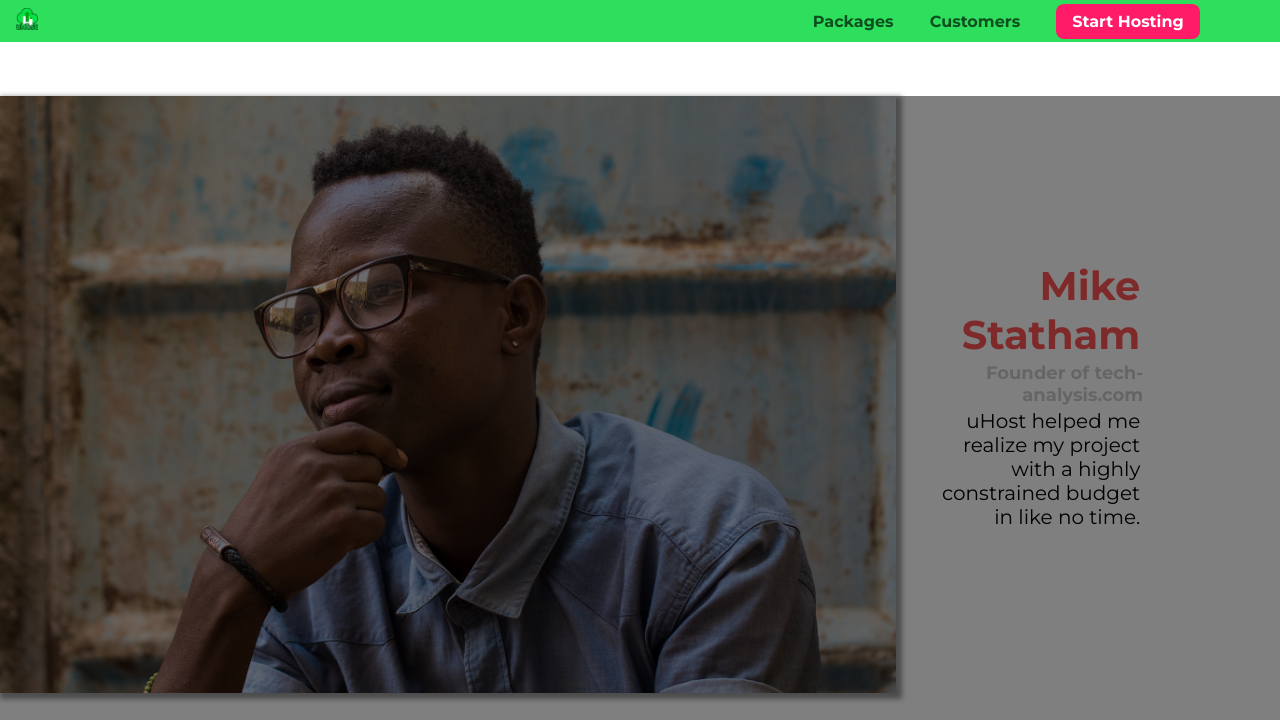
Repository: Nowacki97PL/UdemyCSS
Page: customers/index.html
An editor plug-in stored every save of this project. The page is shown before and after the next save, followed by the edit.
The browser window is 1280 px wide. The pictures show the window.
A layer covers the whole window, so only the first screen is drawn.

Above is the page before, as saved 2023-11-18 14:25:19.

After the next save:
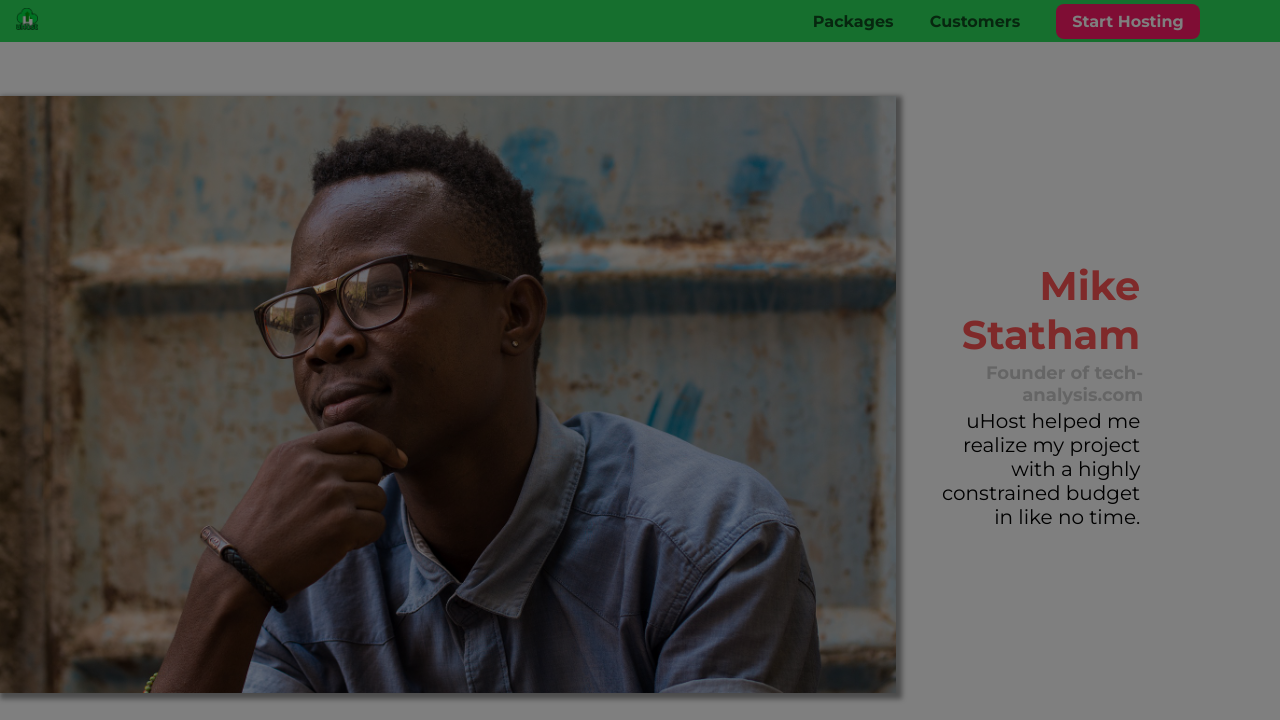
Saved 5 s later.
--- a/shared.css
+++ b/shared.css
@@ -9,7 +9,8 @@ body {
 
 .backdrop {
     position: fixed;
-    top: ;
+    top: 0;
+    left: 0;
     z-index: 100;
     width: 100%;
     height: 100%;
